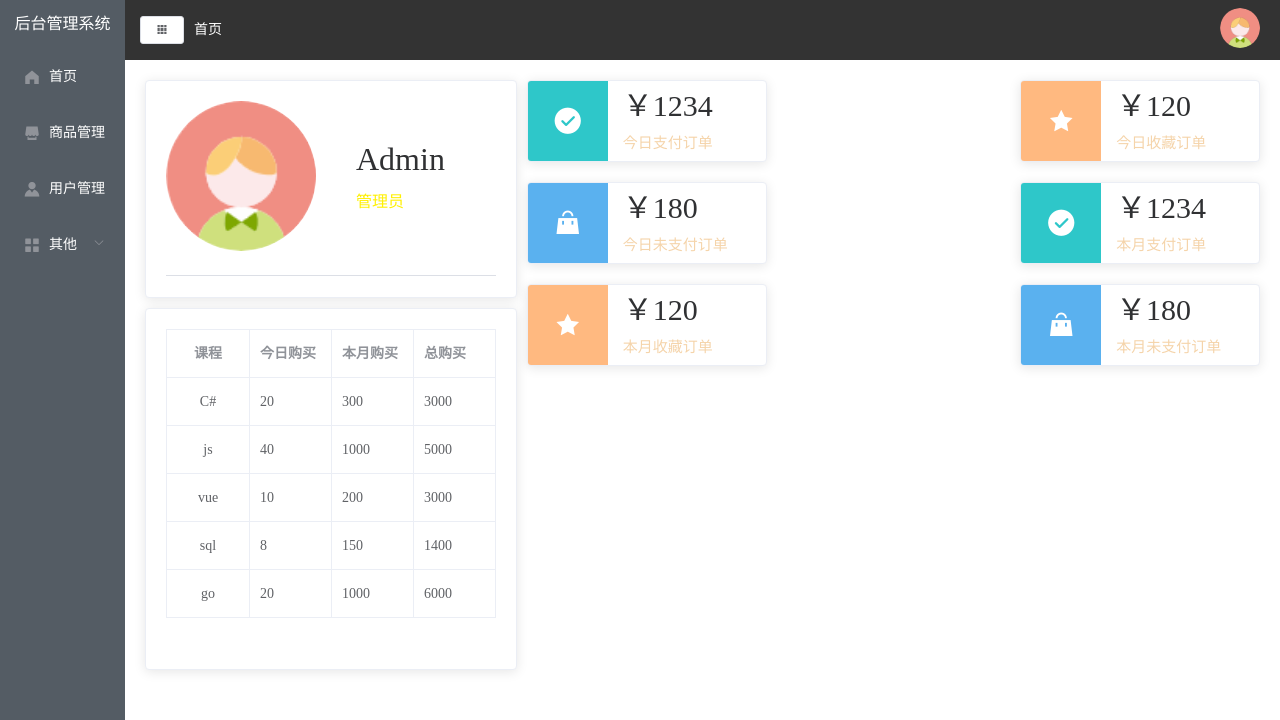
Repository: tkqi/manage
Page: /
An editor plug-in stored every save of this project. The page is shown before and after the next save, followed by the edit.
The browser window is 1280 px wide. The pictures show the whole page.
The project was rebuilt for these pictures with package versions that can differ from the ones it lists, and the page was loaded fresh each time. Also part of the build but not shown: vue.config.js.

Above is the page before, as saved 2023-12-06 18:40:43.

### src/main.js
import Vue from 'vue'
import App from './App.vue'
import router from './router'
import store from './store'
import ElementUI from 'element-ui';
import 'element-ui/lib/theme-chalk/index.css';
import '@/api/mock'

Vue.config.productionTip = false
Vue.use(ElementUI);

new Vue({
  router,
  store,
  render: h => h(App)
}).$mount('#app')

### src/App.vue
<template>
  <div id="app">
    <!-- 路由出口 -->
    <router-view />
  </div>
</template>

<script>
export default {
  name: 'App'
}
</script>

<style lang="less">
html,
body,
h3,
p {
  margin: 0;
  padding: 0;
}
</style>

### src/router/index.js
/* eslint-disable no-unused-vars */
import Vue from 'vue'
import VueRouter from 'vue-router'
import routes from './routes'
Vue.use(VueRouter)


const router = new VueRouter({
  routes: routes
})

router.afterEach((to, from)=>{
  document.title = to.meta.title;
})

// 暴露router实例
export default router

### src/store/index.js
import Vue from 'vue'
import Vuex from 'vuex'
import tab from './tab.js'

Vue.use(Vuex)

const store = new Vuex.Store({
  state: {

  },
  getters: {
  },
  mutations: {
  },
  actions: {
  },
  modules: {
    tab
  }
})

export default store;

### src/api/mock.js
import mockjs from "mockjs";
import home from '@/api/MockServerData/home'


// 定义mock请求拦截
mockjs.mock('/api/home/getdata', 'get', home.getStatisticalData)

### src/router/routes.js
export default [
    // 主路由
    {
        path: '/',
        component: () => import('../views/Main.vue'),
        redirect: '/home',// 重定向
        // 子路由
        children: [
            {
                // 首页
                path: '/home',
                // 路由组件懒加载
                component: () => import('../views/Home.vue'),
                meta: { title: '首页' }
            },
            {
                // 用户管理
                path: '/user',
                component: () => import('../views/User.vue'),
                meta: { title: '用户管理' }
            },
            {
                // 商品管理
                path: '/mall',
                component: () => import('../views/Mall.vue'),
                meta: { title: '商品管理' }
            },
            {
                // 其他/页面1
                path: '/page1',
                component: () => import('../views/Page1.vue'),
                meta: { title: '页面1' }
            },
            {
                // 其他/页面2
                path: '/page2',
                component: () => import('../views/Page2.vue'),
                meta: { title: '页面2' }
            },
        ]
    },
    {
        path: '/home',
        // 路由组件懒加载
        component: () => import('../views/Home.vue')
    },
    {
        path: '/user',
        component: () => import('../views/User.vue')
    }
]

### src/store/tab.js
// 菜单相关数据
export default {
    state: {
        isCollapse: false
    },
    getters: {
        getisCollapse: (state) => state.isCollapse
    },
    mutations: {
        EDITIsCollapse(state){
            state.isCollapse = !state.isCollapse;
        }
    }
}

### src/api/MockServerData/home.js
// mock数据模拟
import Mock from 'mockjs'

// 图表数据
let List = []
export default {
  getStatisticalData: () => {
    //Mock.Random.float 产生随机数100到8000之间 保留小数 最小0位 最大0位
    for (let i = 0; i < 7; i++) {
      List.push(
        Mock.mock({
          苹果: Mock.Random.float(100, 8000, 0, 0),
          vivo: Mock.Random.float(100, 8000, 0, 0),
          oppo: Mock.Random.float(100, 8000, 0, 0),
          魅族: Mock.Random.float(100, 8000, 0, 0),
          三星: Mock.Random.float(100, 8000, 0, 0),
          小米: Mock.Random.float(100, 8000, 0, 0)
        })
      )
    }
    return {
      code: 20000,
      data: {
        // 饼图
        videoData: [
          {
            name: '小米',
            value: 2999
          },
          {
            name: '苹果',
            value: 5999
          },
          {
            name: 'vivo',
            value: 1500
          },
          {
            name: 'oppo',
            value: 1999
          },
          {
            name: '魅族',
            value: 2200
          },
          {
            name: '三星',
            value: 4500
          }
        ],
        // 柱状图
        userData: [
          {
            date: '周一',
            new: 5,
            active: 200
          },
          {
            date: '周二',
            new: 10,
            active: 500
          },
          {
            date: '周三',
            new: 12,
            active: 550
          },
          {
            date: '周四',
            new: 60,
            active: 800
          },
          {
            date: '周五',
            new: 65,
            active: 550
          },
          {
            date: '周六',
            new: 53,
            active: 770
          },
          {
            date: '周日',
            new: 33,
            active: 170
          }
        ],
        // 折线图
        orderData: {
          date: ['20191001', '20191002', '20191003', '20191004', '20191005', '20191006', '20191007'],
          data: List
        },
        tableData: [
          {
            name: 'oppo',
            todayBuy: 500,
            monthBuy: 3500,
            totalBuy: 22000
          },
          {
            name: 'vivo',
            todayBuy: 300,
            monthBuy: 2200,
            totalBuy: 24000
          },
          {
            name: '苹果',
            todayBuy: 800,
            monthBuy: 4500,
            totalBuy: 65000
          },
          {
            name: '小米',
            todayBuy: 1200,
            monthBuy: 6500,
            totalBuy: 45000
          },
          {
            name: '三星',
            todayBuy: 300,
            monthBuy: 2000,
            totalBuy: 34000
          },
          {
            name: '魅族',
            todayBuy: 350,
            monthBuy: 3000,
            totalBuy: 22000
          }
        ]
      }
    }
  }
}

### src/views/Main.vue
<!-- eslint-disable vue/multi-word-component-names -->
<template>
    <div>
        <el-container>
            <el-aside width="auto">
                <sidebar />
            </el-aside>
            <el-container>
                <el-header>
                    <topbar />
                </el-header>
                <el-main>
                    <transition>
                        <keep-alive>
                            <router-view />
                        </keep-alive>
                    </transition>
                </el-main>
            </el-container>
        </el-container>
    </div>
</template>

<script>
import sidebar from '../components/sidebar.vue'
import topbar from '../components/topbar.vue';
export default {
    components: {
        sidebar,
        topbar
    }
}
</script>

<style lang="less" scoped>
.el-header {
    padding: 0;
    margin: 0;
}
</style>

### src/views/Home.vue
<!-- eslint-disable vue/multi-word-component-names -->
<template>
    <el-row>
        <el-col :span="8">
            <div>
                <el-card class="box-card">
                    <div class="user">
                        <img class="img" src="../assets/img/user-default.png" alt="">
                        <div class="user-info">
                            <P class="name">Admin</P>
                            <p class="access">管理员</p>
                        </div>
                    </div>
                    <el-divider></el-divider>
                    <div class="login-info">
                        <p>上次登录时间: <span>2023-12-03</span></p>
                        <p>上次登录地点: <span>绍兴</span></p>
                    </div>
                </el-card>
                <el-card class="table">
                    <el-table :data="tableData" border style="width: 100%">
                        <el-table-column prop="course" label="课程" :min-width="30" width="auto" align="center">
                        </el-table-column>
                        <el-table-column prop="buytoday" label="今日购买" :min-width="30" width="auto">
                        </el-table-column>
                        <el-table-column prop="buythemonth" label="本月购买" :min-width="30" width="auto">
                        </el-table-column>
                        <el-table-column prop="buyall" label="总购买" :min-width="30" width="auto">
                        </el-table-column>
                    </el-table>
                </el-card>
            </div>
        </el-col>
        <el-col :span="16">
            <div class="buy">
                <el-card v-for="(item, index) in countData" :key="index" :body-style="{ display: 'flex', padding: 0 }">
                    <i class="icon" :class="`el-icon-${item.icon}`" :style="{ background: item.color }"></i>
                    <div class="buy-content">
                        <p class="value">{{ '￥' + item.value }}</p>
                        <p class="label">{{ item.label }}</p>
                    </div>
                </el-card>
            </div>
        </el-col>
    </el-row>
</template>

<script>

import { getData } from '@/api/index';
export default {
    data() {
        return {
            tableData: [
                {
                    course: 'C#',
                    buytoday: 20,
                    buythemonth: 300,
                    buyall: 3000
                },
                {
                    course: 'js',
                    buytoday: 40,
                    buythemonth: 1000,
                    buyall: 5000
                },
                {
                    course: 'vue',
                    buytoday: 10,
                    buythemonth: 200,
                    buyall: 3000
                },
                {
                    course: 'sql',
                    buytoday: 8,
                    buythemonth: 150,
                    buyall: 1400
                },
                {
                    course: 'go',
                    buytoday: 20,
                    buythemonth: 1000,
                    buyall: 6000
                }
            ],
            countData: [
                {
                    label: '今日支付订单',
                    value: 1234,
                    color: '#2ec7c9',
                    icon: 'success'
                },
                {
                    label: '今日收藏订单',
                    value: 120,
                    color: '#ffb980',
                    icon: 'star-on'
                },
                {
                    label: '今日未支付订单',
                    value: 180,
                    color: '#5ab1ef',
                    icon: 's-goods'
                },
                {
                    label: '本月支付订单',
                    value: 1234,
                    color: '#2ec7c9',
                    icon: 'success'
                },
                {
                    label: '本月收藏订单',
                    value: 120,
                    color: '#ffb980',
                    icon: 'star-on'
                },
                {
                    label: '本月未支付订单',
                    value: 180,
                    color: '#5ab1ef',
                    icon: 's-goods'
                }
            ]
        }
    },
    mounted() {
        getData().then(res => {
            console.log(res);
            const data1 = res.data.data;
            console.log(data1);
        })
    }
}
</script>
<style lang="less" scoped>
.box-card {
    height: 30vh;

    .user {
        display: flex;
        align-items: center;
        padding-right: 0px;

        .user-info {
            .name {
                font-size: 32px;
                margin-bottom: 10px;
            }

            .access {
                color: #fff000;
            }
        }

        img {
            height: 150px;
            width: 150px;
            border-radius: 50%;
            margin-right: 40px;
        }
    }
}

.login-info {
    line-height: 25px;

    p {
        font-size: 12px;

        span {
            font-size: 12px;
            margin-left: 50px;
        }
    }
}

.table {
    margin-top: 10px;
    height: 50vh;

    el-table {
        height: 100%;
    }
}

.buy {
    display: flex;
    flex-wrap: wrap;
    justify-content: space-between;

    .icon {
        width: 80px;
        height: 80px;
        font-size: 30px;
        color: #fff;
        text-align: center;
        line-height: 80px;
    }

    .buy-content {
        display: flex;
        flex-direction: column;
        justify-content: center;
        margin-left: 15px;

        .value {
            font-size: 30px;
            line-height: 30px;
            margin-bottom: 10px;
            height: 30px;
        }

        .label {
            font-size: 15px;
            text-align: center;
            color: rgb(245, 212, 170);
        }
    }

    .el-card {
        width: 32%;
        margin-bottom: 20px;
        margin-left: 10px;
    }
}
</style>

### src/components/sidebar.vue
<!-- eslint-disable vue/multi-word-component-names -->
<template>
    <el-menu class="menu" @open="handleOpen" @close="handleClose" :collapse="isCollapse" background-color="#545c64"
        text-color="#fff" active-text-color="#ffd04b">
        <h3>{{ !isCollapse?'后台管理系统':'后台' }}</h3>
        <el-menu-item v-for="item in noChildren" :key="item.name" :index="item.name" @click="clickMenu(item)">
            <i :class="`el-icon-${item.icon}`"></i>
            <span slot="title">{{ item.label }}</span>
        </el-menu-item>
        <el-submenu v-for="item in hasChildren" :key="item.label" :index="item.label">
            <template slot="title">
                <i :class="`el-icon-${item.icon}`"></i>
                <span slot="title">{{ item.label }}</span>
            </template>
            <el-menu-item-group v-for="subitem in item.children" :key="subitem.name">
                <el-menu-item :index="subitem.name" @click="clickSubmenu(subitem)">
                    <!-- <template slot="title"> -->
                    <i :class="`el-icon-${subitem.icon}`"></i>
                    <span slot="title">{{ subitem.name }}</span>
                    <!-- </template> -->
                </el-menu-item>
            </el-menu-item-group>
        </el-submenu>
    </el-menu>
</template>

<script>
export default {
    computed: {
        // 无子菜单
        noChildren() {
            return this.menuData.filter(o => !o.children);
        },
        // 有子菜单
        hasChildren() {
            return this.menuData.filter(o => o.children);
        },
        isCollapse() {
           return this.$store.state.tab.isCollapse;
        }
    },
    data() {
        return {
            // 使用store实时改变属性需要定义到computed
            // isCollapse: this.$store.getters('getisCollapse'),
            menuData: [
                {
                    path: '/',
                    name: 'home',
                    label: "首页",
                    icon: 's-home',
                    url: 'Home/Home'
                },
                {
                    path: '/mall',
                    name: 'mall',
                    label: "商品管理",
                    icon: 's-shop',
                    url: 'MallManage/MallManage'
                },
                {
                    path: '/user',
                    name: 'user',
                    label: "用户管理",
                    icon: 's-custom',
                    url: 'UserManage/UserManage'
                },
                {
                    label: '其他',
                    icon: 'menu',
                    children: [
                        {
                            path: '/page1',
                            name: 'page1',
                            label: "页面1",
                            icon: 's-claim',
                            url: 'Other/PageOne'
                        },
                        {
                            path: '/page2',
                            name: 'page2',
                            label: "页面2",
                            icon: 's-claim',
                            url: 'Other/PageTwo'
                        },
                    ]
                }
            ]
        };
    },
    methods: {
        handleOpen(key, keyPath) {
            console.log(key, keyPath);
        },
        handleClose(key, keyPath) {
            console.log(key, keyPath);
        },
        clickMenu(item) {
            console.log(this.$router.currentRoute.path);
            // 判断当前路由于点击链接的路由不一致才跳转
            if (item.path != this.$route.path && !(this.$route.path == '/home' && item.path == '/'))
                this.$router.push(item.path);
        },
        clickSubmenu(subitem) {
            // 判断当前路由于点击链接的路由不一致才跳转
            if (subitem.path != this.$route.path)
                this.$router.push(subitem.path);
        }
    }
}
</script>

<style lang="less" scoped>
.el-menu-vertical-demo:not(.el-menu--collapse) {
    width: 200px;
    min-height: 400px;
}

.menu {
    height: 100vh;
    border-right:0;
    h3 {
        color: rgb(255, 255, 255);
        text-align: center;
        line-height: 48px;
        font-size: 16px;
        font-weight: 400;
    }
}
</style>

### src/components/topbar.vue
<!-- eslint-disable vue/multi-word-component-names -->
<template>
    <div class="head-container">
        <div class="l-content">
            <el-button icon="el-icon-s-grid" size="mini" @click="changeCollapse()"/>
            <!-- 面包屑 -->
            <span class="text">首页</span>
        </div>
        <div class="r-content">
            <el-dropdown>
                <span class="el-dropdown-link">
                    <img class="img" src="../assets/img/user-default.png" alt="">
                </span>
                <el-dropdown-menu slot="dropdown">
                    <el-dropdown-item>个人中心</el-dropdown-item>
                    <el-dropdown-item>退出</el-dropdown-item>
                </el-dropdown-menu>
            </el-dropdown>
        </div>
    </div>
</template>

<script>
export default {
    data(){
        return{

        }
    },
    methods:{
        changeCollapse(){
            console.log(1);
            this.$store.commit('EDITIsCollapse');
        }
    }
}
</script>

<style lang="less" scoped>
.head-container {
    background-color: #333;
    height: 60px;
    display: flex;
    justify-content: space-between;
    align-items: center;
    padding-left: 15px;
    padding-right: 20px;
}

// .l-content {
//     padding-left: 15px;
// }

// .r-content {}

.text {
    color: white;
    font-size: 14px;
    padding-left: 10px;
}

.img{
    height: 40px;
    width: 40px;
    border-radius: 50%;
}
</style>

### src/api/index.js
import request from "@/utils/request";

// 请求首页数据接口
export function getData() {
    return request({
        url: '/home/getdata',
        method: 'get'
    })
}

### src/utils/request.js
import axios from 'axios'
// 简单的axios封装

// axios配置
const service = axios.create({
    // 通用请求地址，前缀
    baseURL: '/api',
    // 超时时间
    timeout: 10000,
})

// 添加请求拦截器
service.interceptors.request.use(function (config) {
    // 在发送请求之前做些什么
    return config;
}, function (error) {
    // 对请求错误做些什么
    return Promise.reject(error);
});

// 添加响应拦截器
service.interceptors.response.use(function (response) {
    // 2xx 范围内的状态码都会触发该函数。
    // 对响应数据做点什么
    return response;
}, function (error) {
    // 超出 2xx 范围的状态码都会触发该函数。
    // 对响应错误做点什么
    return Promise.reject(error);
});

export default service

Loaded but not shown: public/index.html (common file)

After the next save:
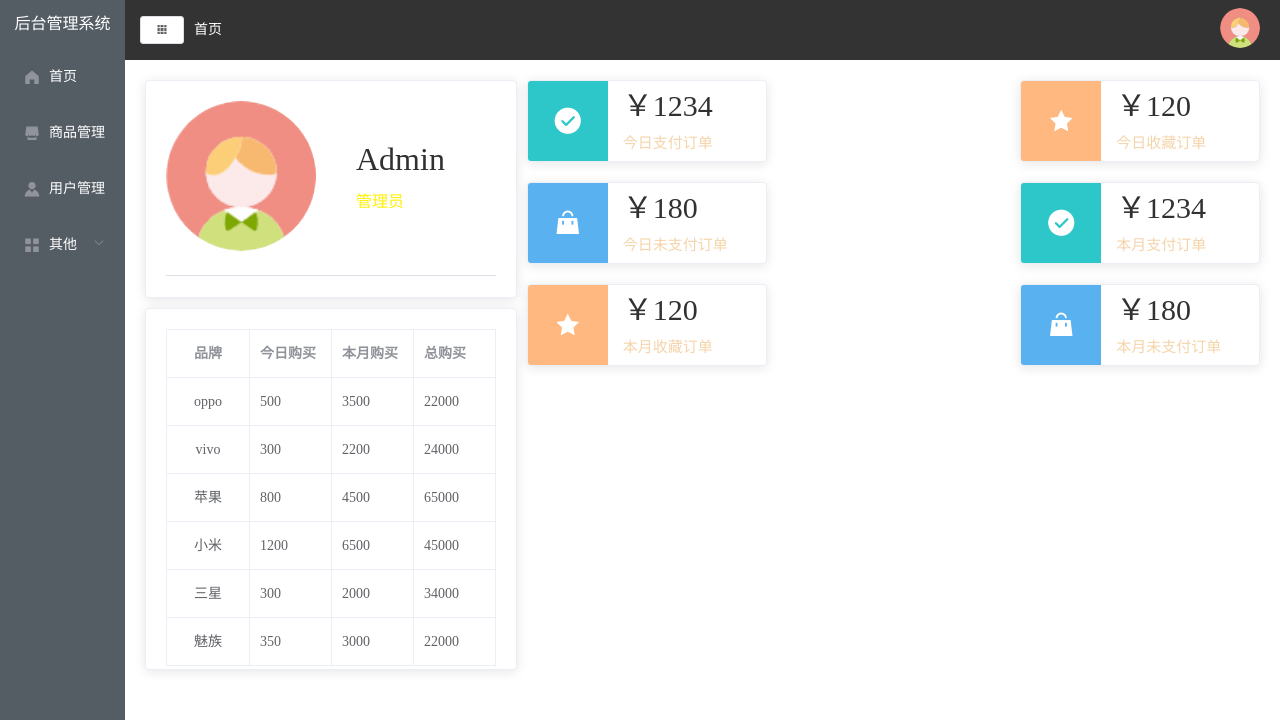
Saved 117 s later.
--- a/src/views/Home.vue
+++ b/src/views/Home.vue
@@ -19,13 +19,13 @@
                 </el-card>
                 <el-card class="table">
                     <el-table :data="tableData" border style="width: 100%">
-                        <el-table-column prop="course" label="课程" :min-width="30" width="auto" align="center">
-                        </el-table-column>
-                        <el-table-column prop="buytoday" label="今日购买" :min-width="30" width="auto">
-                        </el-table-column>
-                        <el-table-column prop="buythemonth" label="本月购买" :min-width="30" width="auto">
-                        </el-table-column>
-                        <el-table-column prop="buyall" label="总购买" :min-width="30" width="auto">
+                        <el-table-column prop="name" label="品牌" :min-width="30" width="auto" align="center">
+                        </el-table-column>
+                        <el-table-column prop="todayBuy" label="今日购买" :min-width="30" width="auto">
+                        </el-table-column>
+                        <el-table-column prop="monthBuy" label="本月购买" :min-width="30" width="auto">
+                        </el-table-column>
+                        <el-table-column prop="totalBuy" label="总购买" :min-width="30" width="auto">
                         </el-table-column>
                     </el-table>
                 </el-card>
@@ -127,6 +127,7 @@ export default {
         getData().then(res => {
             console.log(res);
             const data1 = res.data.data;
+            this.tableData = data1.tableData;
             console.log(data1);
         })
     }
